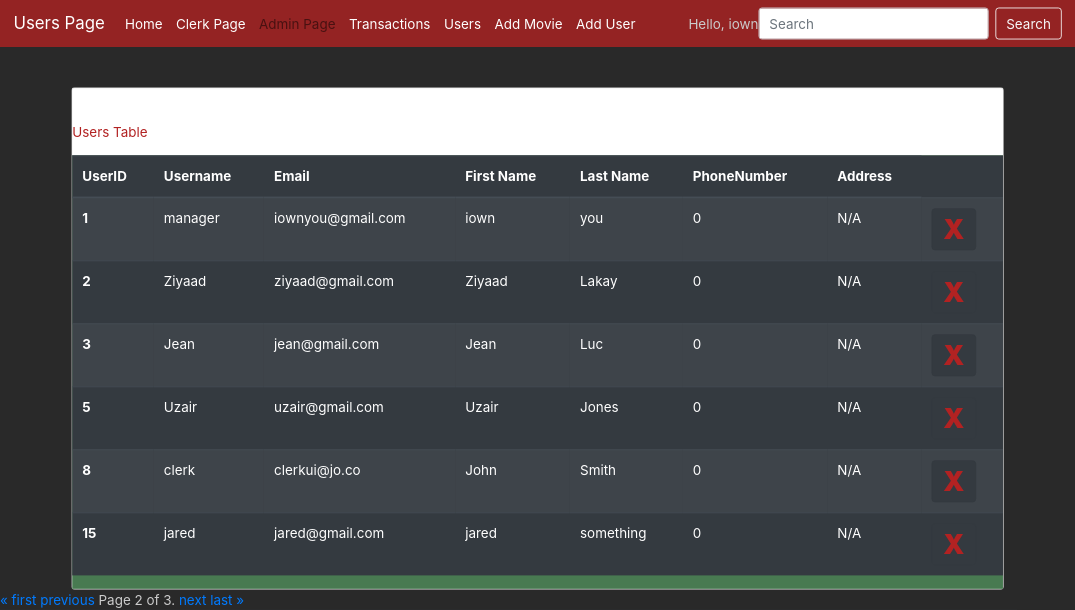
Repository: jeanluciradukunda/csc312.group.project
Page: http://localhost/userstbl/?page=2
These files come from the project's save history. The page is drawn as it stood at one moment and after a run of saves; the edit follows.
The browser window is 1280 px wide. The pictures show the whole page, at 84% of full size.
The page is served by the project's application, run on Django 2.2 (dvdstore/manage.py). The first stored user is signed in. The page reads the database file committed with the project.

Above is the page before, as saved 2019-09-14 16:56:43.

After the next 2 saves:
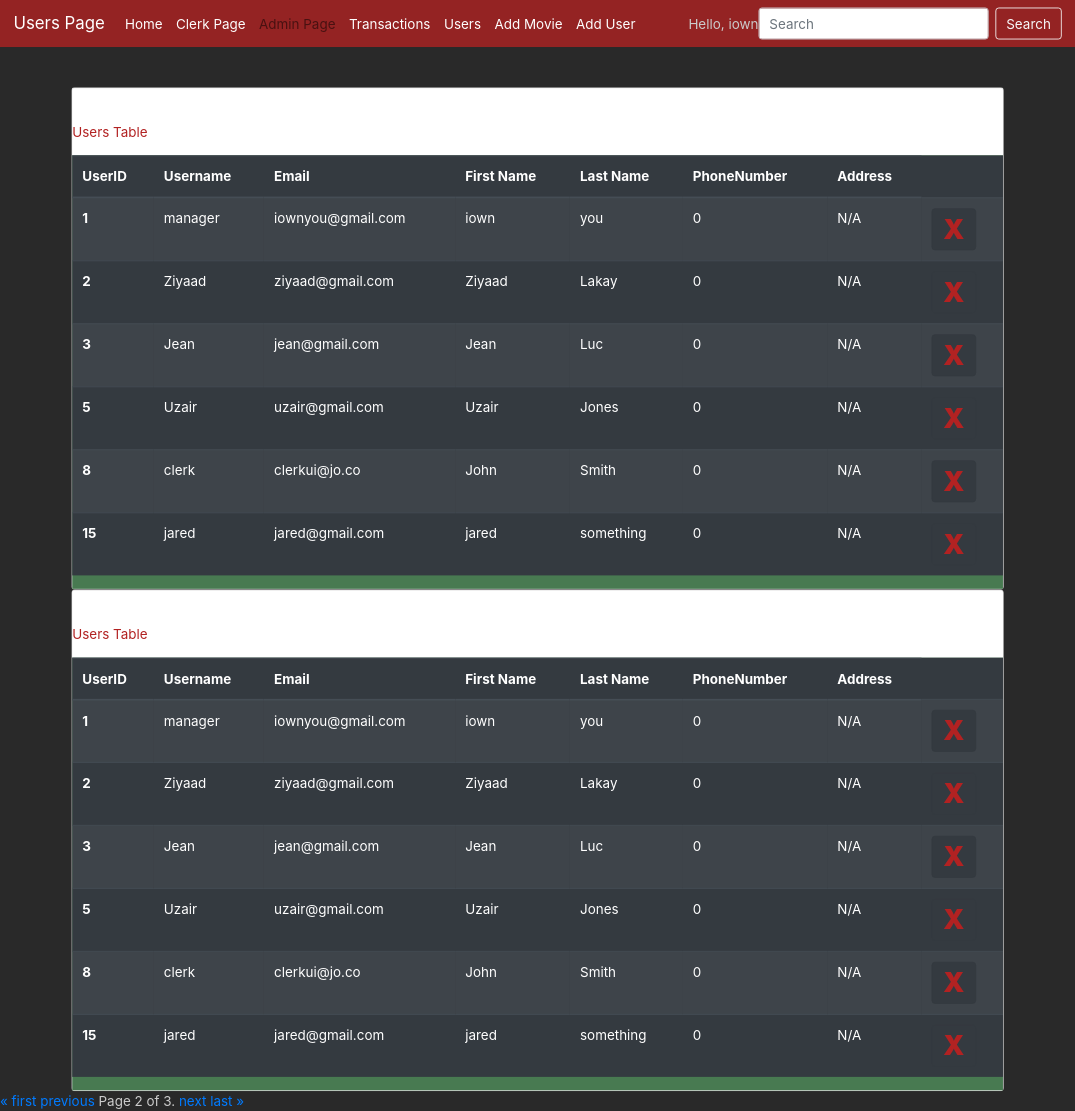
The 2 saves are shown as one change because they came seconds apart.
The last was saved 4 min 18 s later.
--- a/dvdstore/templates/userstbl.html
+++ b/dvdstore/templates/userstbl.html
@@ -126,6 +126,55 @@
   </div>
   <!-- end TABLE -->
 
+  <!-- USERS table -->
+  <div class="container">
+    <div class="card" style="table-layout: fixed;">
+      <div class="card-body"></div>
+            <p class="" style="font: bold; color:firebrick">Users Table</p>
+              <div class="table-body">
+                      <table class="table table-striped table-dark">
+                              <thead>
+                                <tr>
+                                  <th scope="col">UserID</th>
+                                  <th scope="col">Username</th>
+                                  <th scope="col">Email</th>
+                                  <th scope="col">First Name</th>
+                                  <th scope="col">Last Name</th>
+                                  <th scope="col">PhoneNumber</th>
+                                  <th scope="col">Address</th>
+
+                                </tr>
+                              </thead>
+                              <tbody>
+                              {% for use in users %}
+                                <tr>
+                                  <th scope="row">{{use.id}}</th>
+                                  <td>{{use.username}}</td>
+                                  <td>{{use.email}}</td>
+                                  <td>{{use.first_name}}</td>
+                                  <td>{{use.last_name}}</td>
+                                  <td>0</td>
+                                  <td>N/A</td>
+                                  {% if user.is_superuser %}
+
+                                  <td>
+                                      <form  method="post" action="deleteUser">
+                                          {% csrf_token %}
+                                        <input type="hidden" name="userID" value="{{use.id}}"></input>
+                                        <button type="submit" class="btn btn-dark badge" style="color:firebrick; font-size:2rem"><strong>X</strong></button>
+                                      </form>
+                                    </td>
+                                  {%endif%}
+                                </tr>
+                              {%endfor%}
+                              </tbody>
+                            </table>
+              </div>
+      </div>
+    </div>
+</div>
+<!-- end TABLE -->
+
   <!-- The Modal1 -->
   <div class="modal" id="mymodal1">
       <div class="modal-dialog">

After the save that followed:
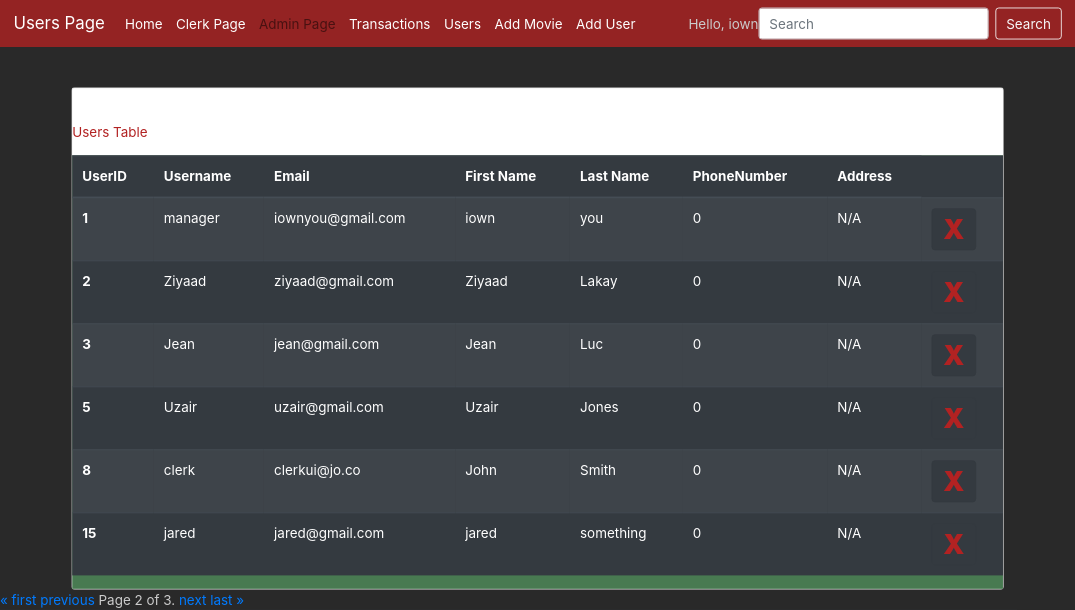
Saved 18 s later.
--- a/dvdstore/templates/userstbl.html
+++ b/dvdstore/templates/userstbl.html
@@ -126,54 +126,7 @@
   </div>
   <!-- end TABLE -->
 
-  <!-- USERS table -->
-  <div class="container">
-    <div class="card" style="table-layout: fixed;">
-      <div class="card-body"></div>
-            <p class="" style="font: bold; color:firebrick">Users Table</p>
-              <div class="table-body">
-                      <table class="table table-striped table-dark">
-                              <thead>
-                                <tr>
-                                  <th scope="col">UserID</th>
-                                  <th scope="col">Username</th>
-                                  <th scope="col">Email</th>
-                                  <th scope="col">First Name</th>
-                                  <th scope="col">Last Name</th>
-                                  <th scope="col">PhoneNumber</th>
-                                  <th scope="col">Address</th>
-
-                                </tr>
-                              </thead>
-                              <tbody>
-                              {% for use in users %}
-                                <tr>
-                                  <th scope="row">{{use.id}}</th>
-                                  <td>{{use.username}}</td>
-                                  <td>{{use.email}}</td>
-                                  <td>{{use.first_name}}</td>
-                                  <td>{{use.last_name}}</td>
-                                  <td>0</td>
-                                  <td>N/A</td>
-                                  {% if user.is_superuser %}
-
-                                  <td>
-                                      <form  method="post" action="deleteUser">
-                                          {% csrf_token %}
-                                        <input type="hidden" name="userID" value="{{use.id}}"></input>
-                                        <button type="submit" class="btn btn-dark badge" style="color:firebrick; font-size:2rem"><strong>X</strong></button>
-                                      </form>
-                                    </td>
-                                  {%endif%}
-                                </tr>
-                              {%endfor%}
-                              </tbody>
-                            </table>
-              </div>
-      </div>
-    </div>
-</div>
-<!-- end TABLE -->
+
 
   <!-- The Modal1 -->
   <div class="modal" id="mymodal1">
